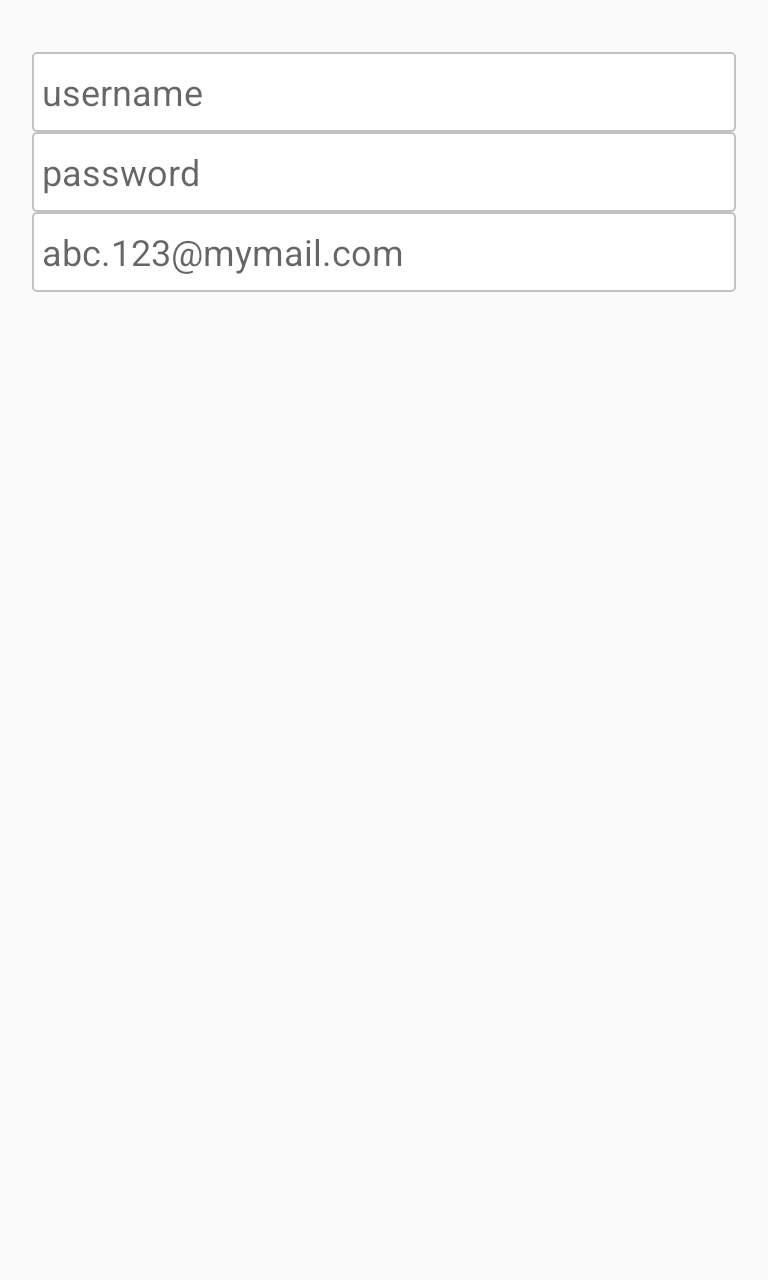
Repository: israelhill/Noteworthy
Layout: Noteworthy/res/layout/fragment_sign_up.xml
These files come from the project's save history. The layout is drawn as it stood at one moment and after the next save; the edit follows.
It is drawn on a 768 x 1280 px phone screen (xhdpi) without system bars, with theme AppTheme; the app's code is not run.

Above is the layout before, as saved 2014-09-06 10:59:54.

### Noteworthy/res/layout/fragment_sign_up.xml
<LinearLayout xmlns:android="http://schemas.android.com/apk/res/android"
    xmlns:tools="http://schemas.android.com/tools"
    android:layout_width="match_parent"
    android:layout_height="match_parent"
    android:paddingBottom="@dimen/activity_vertical_margin"
    android:paddingLeft="@dimen/activity_horizontal_margin"
    android:paddingRight="@dimen/activity_horizontal_margin"
    android:paddingTop="@dimen/activity_vertical_margin"
    tools:context="com.noteworthy.SignUp$PlaceholderFragment"
    android:orientation="vertical" >

    <EditText
    android:id="@+id/signup_username"
    android:layout_width="match_parent"
    android:layout_height="40dp"
    android:hint="@string/username"
    android:layout_marginTop="10dp"
    android:paddingLeft="5dp"
    android:background="@drawable/sign_up_fields"/>


<EditText
    android:id="@+id/signup_password"
    android:layout_width="match_parent"
    android:layout_height="40dp"
    android:hint="@string/password"
    android:inputType="textPassword"
    android:paddingLeft="5dp"
    android:background="@drawable/sign_up_fields"/>


<EditText
    android:id="@+id/email"
    android:layout_width="match_parent"
    android:layout_height="40dp"
    android:hint="@string/email_hint"
    android:paddingLeft="5dp"
    android:layout_marginBottom="13dp"
    android:inputType="textEmailAddress"
    android:background="@drawable/sign_up_fields"/>

</LinearLayout>

### Noteworthy/res/values/strings.xml
<?xml version="1.0" encoding="utf-8"?>
<resources>

    <string name="app_name">Noteworthy</string>
    <string name="hello_world">Hello world!</string>
    <string name="action_settings">Settings</string>
    <string name="username">username</string>
    <string name="password">password</string>
    <string name="login">Login</string>
    <string name="signup">Sign Up</string>
    <string name="title_activity_sign_up">SignUp</string>
    <string name="enter_email">Enter your email address</string>
    <string name="enter_username">Create a username</string>
    <string name="enter_password">Create a password</string>
    <string name="email_hint">abc.123@mymail.com</string>

</resources>

### Noteworthy/res/drawable/sign_up_fields.xml
<?xml version="1.0" encoding="utf-8"?>
<shape xmlns:android="http://schemas.android.com/apk/res/android"
    android:name="rectangle" >

    <corners
        android:radius="2dp"/>
    <solid
        android:color="@color/white"/>
    <stroke
        android:color="@color/gray"
        android:width="1dp"/>


</shape>

### Noteworthy/res/values/color.xml
<?xml version="1.0" encoding="utf-8"?>
<resources>
    <color name="blue">#0099FF</color>
    <color name="white">#ffffff</color>
    <color name="gray">#C2C2C2</color>

</resources>

Loaded but not shown: Noteworthy/res/values/styles.xml (common file); Noteworthy/res/values-v11/styles.xml (common file); Noteworthy/res/values-v14/styles.xml (common file); Noteworthy/res/values/dimens.xml (common file); Noteworthy/res/values-w820dp/dimens.xml (common file)

After the next save:
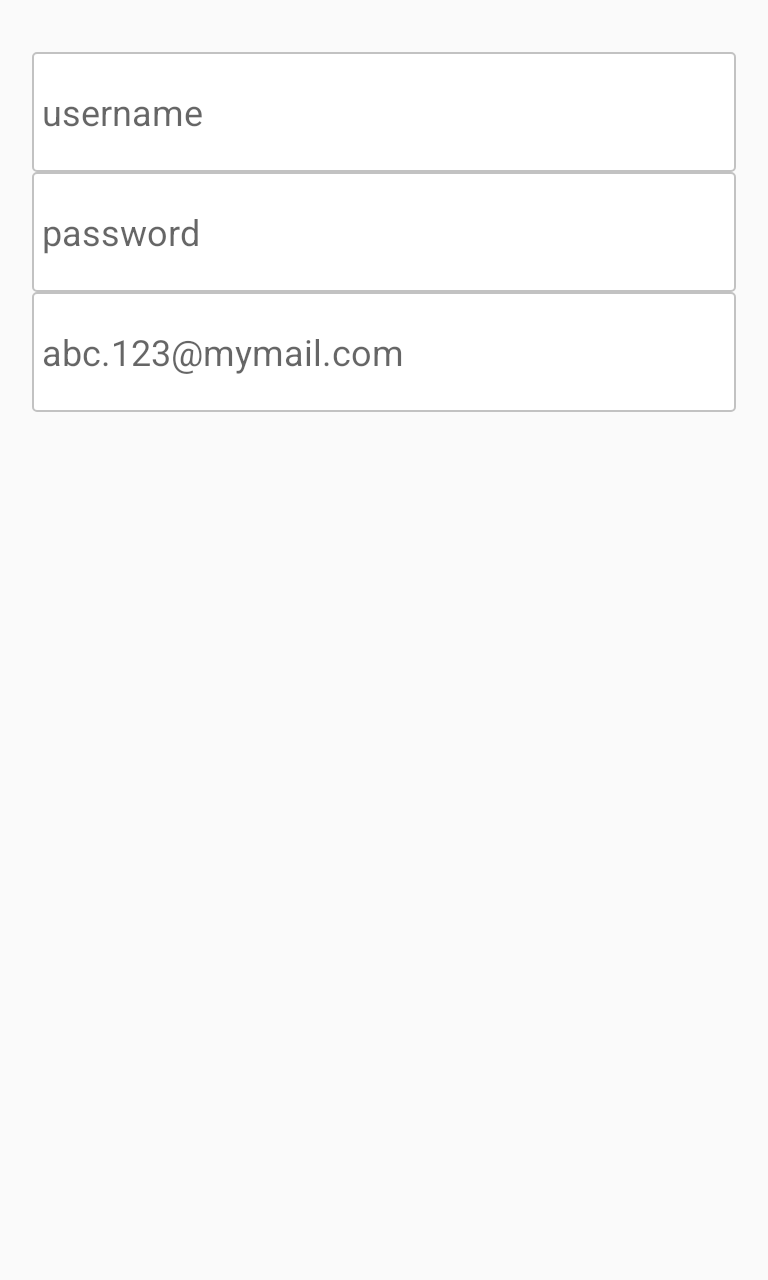
Saved 9 s later.
--- a/Noteworthy/res/layout/fragment_sign_up.xml
+++ b/Noteworthy/res/layout/fragment_sign_up.xml
@@ -12,7 +12,7 @@
     <EditText
     android:id="@+id/signup_username"
     android:layout_width="match_parent"
-    android:layout_height="40dp"
+    android:layout_height="60dp"
     android:hint="@string/username"
     android:layout_marginTop="10dp"
     android:paddingLeft="5dp"
@@ -22,7 +22,7 @@
 <EditText
     android:id="@+id/signup_password"
     android:layout_width="match_parent"
-    android:layout_height="40dp"
+    android:layout_height="60dp"
     android:hint="@string/password"
     android:inputType="textPassword"
     android:paddingLeft="5dp"
@@ -32,7 +32,7 @@
 <EditText
     android:id="@+id/email"
     android:layout_width="match_parent"
-    android:layout_height="40dp"
+    android:layout_height="60dp"
     android:hint="@string/email_hint"
     android:paddingLeft="5dp"
     android:layout_marginBottom="13dp"
